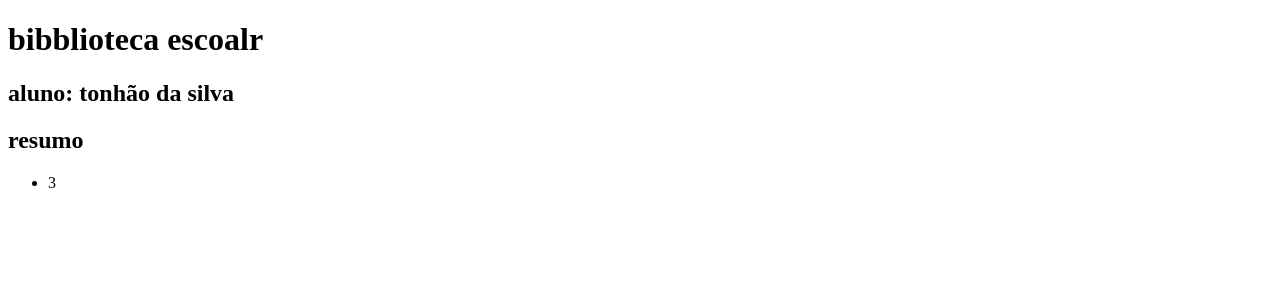
Repository: melloeduarda/html
Page: index.html
An editor plug-in stored every save of this project. The page is shown before and after a run of saves, followed by the edit.
The browser window is 1280 px wide. The pictures show the whole page.

Above is the page before, as saved 2026-10-28 15:11:53.

### index.html
<!DOCTYPE html>
<html lang = "pt-br">
<head>
    <meta charset = "UTF-8">
    <meta name = "viewport" content="widnt=device-width, initial -scale1.0">
    <title>Biblioteca Escolar</title>
    <link rel = "stylesheet" href="estilo.css">
    </head>
    <body>

<header>
    <h1>bibblioteca escoalr</h1>
    <h2>aluno: tonhão da silva</h2>
<header>

    <h2>resumo</h2>
    <ul>
        <li>3

Loaded but not shown: estilo.css (no copy from this time; the picture is the same without it)

After the next 4 saves:
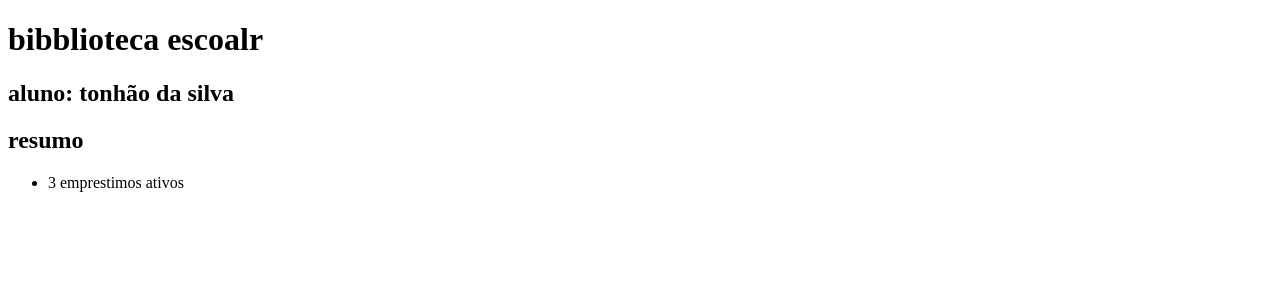
The 4 saves are shown as one change because they came seconds apart.
The last was saved 13 s later.
--- a/index.html
+++ b/index.html
@@ -15,4 +15,4 @@
 
     <h2>resumo</h2>
     <ul>
-        <li>3
+        <li>3 emprestimos ativos</li>
